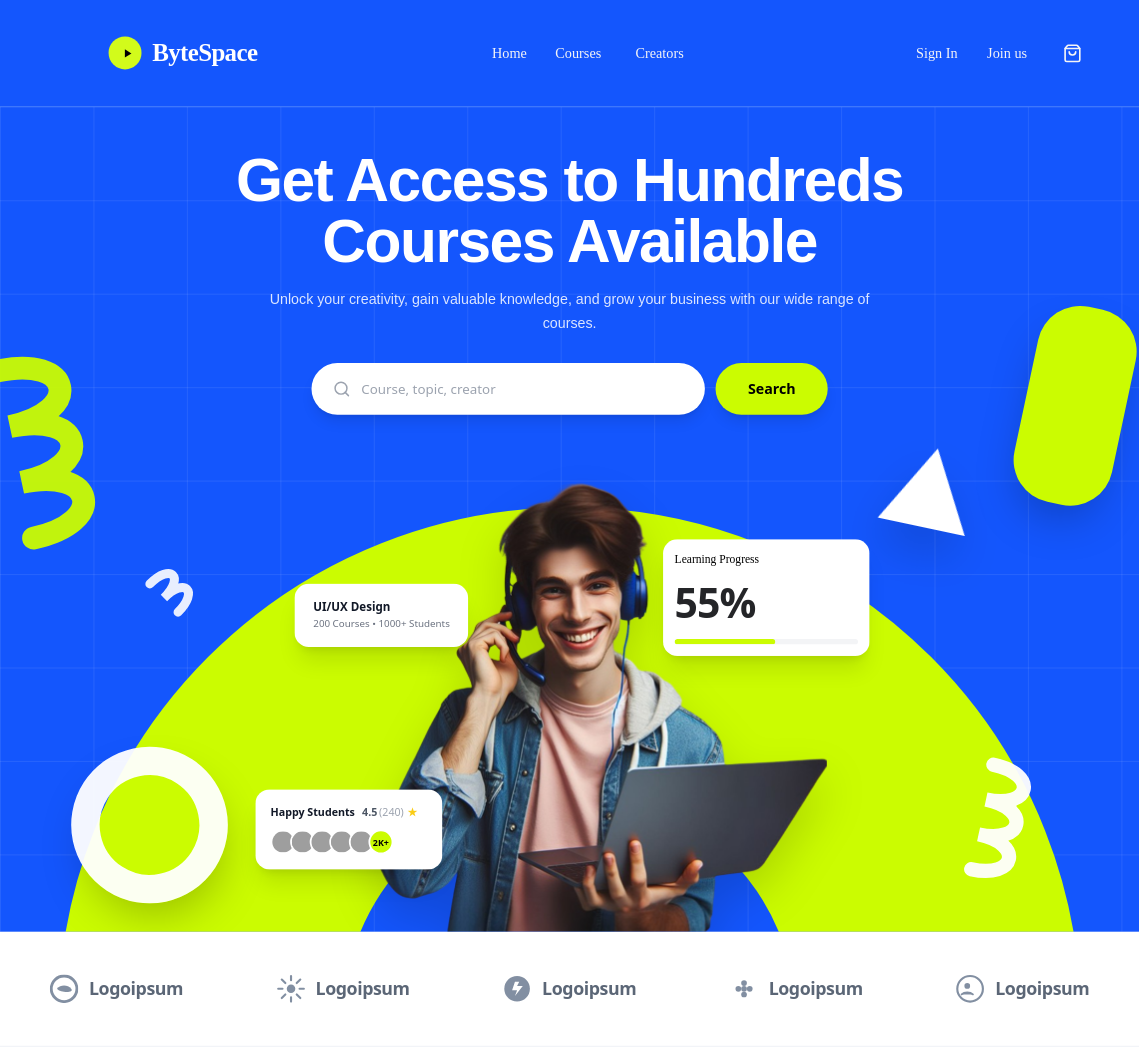
Repository: mdkawsarjomadder/bytespace
Page: /
An editor plug-in stored every save of this project. The page is shown before and after the next save, followed by the edit.
The browser window is 1280 px wide. The pictures show the whole page, at 89% of full size.
Pictures or frames that could not be fetched are drawn as grey boxes. Some web fonts or font styles are not loaded; a fallback is used. The project was rebuilt for these pictures with package versions that can differ from the ones it lists, and the page was loaded fresh each time. Also part of the build but not shown: vite.config.js.

Above is the page before, as saved 2026-09-29 19:10:44.

### index.html
<!doctype html>
<html lang="en">
  <head>
    <meta charset="UTF-8" />
    <link rel="icon" type="image/svg+xml" href="/favicon.svg" />
    <meta name="viewport" content="width=device-width, initial-scale=1.0" />
    <title>bytespace</title>
  </head>
  <body>
    <div id="root"></div>
    <script type="module" src="/src/main.jsx"></script>
    <link href="https://api.fontshare.com/v2/css?f[]=satoshi@400,500,700&display=swap" rel="stylesheet">
  </body>
</html>

### src/App.jsx
import React from 'react';
import Navbar from './components/Navbar';
import Hero from './components/Hero';

function App() {
  return (
    <div className="min-h-screen bg-gray-50 font-sans">
      <Navbar />
      <Hero />
    </div>
  );
}

export default App;

### src/components/Navbar.jsx
import React from 'react';
import { ShoppingBag } from 'lucide-react';

const Navbar = () => {
  return (
    <header className="w-full h-[120px] bg-[#1456fd] border-b border-blue-400/20 pl-[122px] pr-16 flex items-center justify-between relative z-50">
      {/* 1. Brand Logo (Figma Specs: 171px x 37px) */}
      <div
        className="w-[171px] h-[37px] flex items-center gap-3 cursor-pointer select-none"
        style={{ opacity: 1 }}
      >
        {/* Play Icon Logo */}
        <div className="w-[37px] h-[37px] rounded-full bg-[#d2fb1b] flex items-center justify-center shrink-0">
          <svg
            className="w-4 h-4 text-black fill-current translate-x-0.5"
            viewBox="0 0 24 24"
          >
            <path d="M8 5v14l11-7z" />
          </svg>
        </div>
        {/* Logo Text */}
        <span className="text-[28px] font-bold tracking-tight text-white leading-none font-['Satoshi']">
          ByteSpace
        </span>
      </div>

      {/* 2. Navigation Links */}
      <nav className="hidden md:flex items-center gap-8 font-['Satoshi']">
        <a
          href="#home"
          className="text-[#F5F5F6] text-[16px] leading-[160%] font-normal hover:text-[#d2fb1b] transition-colors"
        >
          Home
        </a>
        <a
          href="#courses"
          className="w-[58px] h-[26px] flex items-center text-[#F5F5F6] text-[16px] leading-[160%] font-normal hover:text-[#d2fb1b] transition-colors"
          style={{ opacity: 1 }}
        >
          Courses
        </a>
        <a
          href="#creators"
          className="text-[#F5F5F6] text-[16px] leading-[160%] font-normal hover:text-[#d2fb1b] transition-colors"
        >
          Creators
        </a>
      </nav>

      {/* 3. Action Buttons & Cart */}
      <div className="flex items-center gap-6 font-['Satoshi']">
        <button
          className="w-[49px] h-[24px] flex items-center justify-center text-[#F5F5F6] text-[16px] leading-[24px] font-normal hover:text-white/80 transition-colors"
          style={{ opacity: 1 }}
        >
          Sign In
        </button>
        <button
          className="h-[24px] px-2 flex items-center justify-center text-[#F5F5F6] text-[16px] leading-[24px] font-normal hover:text-white/80 transition-colors"
          style={{ opacity: 1 }}
        >
          Join us
        </button>
        <button className="text-[#F5F5F6] hover:text-[#d2fb1b] transition-colors flex items-center justify-center ml-2">
          <ShoppingBag size={22} strokeWidth={2} />
        </button>
      </div>
    </header>
  );
};

export default Navbar;

### src/components/Hero.jsx
import React from 'react';
import { Search } from 'lucide-react';
import One1 from '../assets/01.png';

const Hero = () => {
  // 5টি Logoipsum পার্টনার লোগো
  const partners = [
    {
      id: 1,
      name: 'Logoipsum',
      icon: (
        <svg className="w-8 h-8 fill-slate-500" viewBox="0 0 40 40">
          <circle cx="20" cy="20" r="18" fill="none" stroke="currentColor" strokeWidth="4" />
          <path d="M10 20c5-6 15-6 20 0s-15 6-20 0z" fill="currentColor" />
        </svg>
      ),
    },
    {
      id: 2,
      name: 'Logoipsum',
      icon: (
        <svg className="w-8 h-8 fill-slate-500" viewBox="0 0 40 40">
          <circle cx="20" cy="20" r="6" fill="currentColor" />
          <path d="M20 2v6M20 32v6M2 20h6M32 20h6M7 7l5 5M28 28l5 5M7 33l5-5M28 12l5-5" stroke="currentColor" strokeWidth="3" strokeLinecap="round" />
        </svg>
      ),
    },
    {
      id: 3,
      name: 'Logoipsum',
      icon: (
        <svg className="w-8 h-8 fill-slate-500" viewBox="0 0 40 40">
          <circle cx="20" cy="20" r="18" fill="currentColor" />
          <path d="M17 10l-4 12h7l-3 8 11-14h-8l3-6z" fill="#FFFFFF" />
        </svg>
      ),
    },
    {
      id: 4,
      name: 'Logoipsum',
      icon: (
        <svg className="w-8 h-8 fill-slate-500" viewBox="0 0 40 40">
          <circle cx="20" cy="12" r="4" fill="currentColor" />
          <circle cx="20" cy="28" r="4" fill="currentColor" />
          <circle cx="12" cy="20" r="4" fill="currentColor" />
          <circle cx="28" cy="20" r="4" fill="currentColor" />
          <circle cx="20" cy="20" r="4" fill="currentColor" />
        </svg>
      ),
    },
    {
      id: 5,
      name: 'Logoipsum',
      icon: (
        <svg className="w-8 h-8 fill-slate-500" viewBox="0 0 40 40">
          <circle cx="20" cy="20" r="18" fill="none" stroke="currentColor" strokeWidth="3" />
          <circle cx="16" cy="16" r="4" fill="currentColor" />
          <path d="M8 28c4-4 12-4 16 0" stroke="currentColor" strokeWidth="2.5" strokeLinecap="round" />
        </svg>
      ),
    },
  ];

  return (
    <div className="w-full flex flex-col items-center">
      {/* ================= HERO BLUE SECTION ================= */}
      <section className="relative w-full bg-[#1456fd] overflow-hidden pt-12 pb-0 text-white flex flex-col items-center">
        {/* 1. Background Grid Pattern */}
        <div className="absolute inset-0 bg-[linear-gradient(to_right,#ffffff15_1px,transparent_1px),linear-gradient(to_bottom,#ffffff15_1px,transparent_1px)] bg-[size:105px_105px] pointer-events-none" />

        {/* 2. Ellipse 7 Background Ring */}
        <div
          className="absolute rounded-full pointer-events-none z-0"
          style={{
            width: '1149px',
            height: '1149px',
            top: '450px',
            left: '50%',
            transform: 'translateX(-50%)',
            border: '320px solid #CBFC01',
            boxSizing: 'border-box',
          }}
        />

        {/* 3. 3D Abstract Elements */}
        {/* Left Lime Spring */}
        <div className="absolute left-[-15px] top-64 w-32 h-64 pointer-events-none hidden xl:block -rotate-12 opacity-95">
          <svg viewBox="0 0 120 240" fill="none" className="w-full h-full stroke-[#CBFC01]" strokeWidth="24" strokeLinecap="round">
            <path d="M 30 30 C 110 30, 110 90, 30 90 C 110 90, 110 150, 30 150 C 110 150, 110 210, 30 210" />
          </svg>
        </div>

        {/* Left Small White Spring */}
        <div className="absolute left-44 top-[500px] w-14 h-24 pointer-events-none hidden xl:block -rotate-45 opacity-90">
          <svg viewBox="0 0 100 160" fill="none" className="w-full h-full stroke-white" strokeWidth="18" strokeLinecap="round">
            <path d="M 20 20 C 80 20, 80 60, 20 60 C 80 60, 80 100, 20 100" />
          </svg>
        </div>

        {/* Left 3D Donut */}
        <div className="absolute left-20 bottom-8 w-44 h-44 rounded-full border-[32px] border-white/95 shadow-2xl pointer-events-none hidden xl:block -rotate-12" />

        {/* Right Lime Cylinder */}
        <div className="absolute right-4 top-56 w-28 h-56 bg-[#CBFC01] rounded-[48px] shadow-2xl pointer-events-none hidden xl:block rotate-12" />

        {/* Right White Pyramid */}
        <div className="absolute right-44 top-96 w-28 h-28 pointer-events-none hidden xl:block rotate-12 drop-shadow-2xl">
          <div className="w-0 h-0 border-l-[50px] border-l-transparent border-r-[50px] border-r-transparent border-b-[90px] border-b-white" />
        </div>

        {/* Right White Spring */}
        <div className="absolute right-28 bottom-12 w-20 h-40 pointer-events-none hidden xl:block rotate-12 opacity-95">
          <svg viewBox="0 0 100 180" fill="none" className="w-full h-full stroke-white" strokeWidth="20" strokeLinecap="round">
            <path d="M 20 20 C 85 20, 85 70, 20 70 C 85 70, 85 120, 20 120 C 85 120, 85 170, 20 170" />
          </svg>
        </div>

        {/* 4. Top Header & Search Area */}
        <div className="relative z-10 w-full max-w-[1200px] mx-auto px-4 flex flex-col items-center text-center">
          <h1 className="text-4xl sm:text-5xl md:text-[68px] font-bold tracking-tight text-white leading-[1.1] max-w-[980px] font-['Satoshi',sans-serif]">
            Get Access to Hundreds <br /> Courses Available
          </h1>

          <p className="mt-5 text-sm md:text-[16px] text-white/85 max-w-[700px] font-normal leading-relaxed font-['Satoshi',sans-serif]">
            Unlock your creativity, gain valuable knowledge, and grow your business with our wide range of courses.
          </p>

          <div className="mt-8 flex items-center justify-center gap-3 w-full max-w-[580px]">
            <div className="flex-1 bg-white rounded-full h-[58px] px-6 flex items-center gap-3 shadow-lg">
              <Search className="w-5 h-5 text-gray-400 shrink-0" />
              <input
                type="text"
                placeholder="Course, topic, creator"
                className="w-full bg-transparent text-gray-800 placeholder-gray-400 focus:outline-none text-[15px] font-medium"
              />
            </div>
            <button className="h-[58px] px-9 bg-[#CBFC01] hover:bg-[#b8e500] text-black font-semibold text-[16px] rounded-full shadow-lg transition-transform active:scale-95 shrink-0 cursor-pointer">
              Search
            </button>
          </div>
        </div>

        {/* 5. Hero Visual Area (Sitting flat at bottom edge) */}
        <div className="relative w-full max-w-[578px] h-[541px] flex justify-center items-end z-10 mt-10">
          <img
            src={One1}
            alt="Student Learning"
            className="w-[578px] h-[541px] object-contain block align-bottom select-none pointer-events-none drop-shadow-2xl"
          />

          {/* Floating Card: UI/UX Design */}
          <div className="absolute -left-5 top-[150px] z-30 bg-white text-black p-4 px-5 rounded-[16px] shadow-xl border border-white/50">
            <span className="text-[13px] font-bold text-gray-900 block leading-tight">UI/UX Design</span>
            <span className="text-[11px] text-gray-500 font-medium mt-1 block">200 Courses • 1000+ Students</span>
          </div>

          {/* Floating Card: Learning Progress (232x131px) */}
          <div
            className="absolute -right-12 top-[100px] z-20 bg-white text-black rounded-[16px] shadow-xl border border-white/40 flex flex-col justify-between"
            style={{
              width: '232px',
              height: '131px',
              padding: '12px',
              gap: '8px',
            }}
          >
            <span className="font-['Satoshi'] font-medium text-[13px]  block">
              Learning Progress
            </span>
            <span className="font-semibold text-[46px] leading-none tracking-tight text-[#242528] flex items-center">
              55%
            </span>
            <div className="w-full bg-gray-100 h-1.5 rounded-full overflow-hidden mt-1">
              <div className="bg-[#CBFC01] h-full w-[55%] rounded-full" />
            </div>
          </div>

          {/* Floating Card: Happy Students */}
          <div className="absolute -left-16 bottom-[70px] z-20 bg-white text-black p-4 rounded-[16px] shadow-xl border border-white/40 min-w-[210px]">
            <div className="flex items-center gap-2 mb-2.5">
              <span className="text-[12px] font-bold text-gray-900">Happy Students</span>
              <span className="text-[12px] font-semibold text-gray-600 flex items-center gap-0.5">
                4.5 <span className="text-gray-400 font-normal">(240)</span>
                <span className="text-yellow-400 text-xs ml-0.5">★</span>
              </span>
            </div>
            <div className="flex items-center -space-x-1.5">
              <img className="w-7 h-7 rounded-full border-2 border-white object-cover" src="https://images.unsplash.com/photo-1534528741775-53994a69daeb?auto=format&fit=crop&w=64&q=80" alt="avatar" />
              <img className="w-7 h-7 rounded-full border-2 border-white object-cover" src="https://images.unsplash.com/photo-1507003211169-0a1dd7228f2d?auto=format&fit=crop&w=64&q=80" alt="avatar" />
              <img className="w-7 h-7 rounded-full border-2 border-white object-cover" src="https://images.unsplash.com/photo-1494790108377-be9c29b29330?auto=format&fit=crop&w=64&q=80" alt="avatar" />
              <img className="w-7 h-7 rounded-full border-2 border-white object-cover" src="https://images.unsplash.com/photo-1500648767791-00dcc994a43e?auto=format&fit=crop&w=64&q=80" alt="avatar" />
              <img className="w-7 h-7 rounded-full border-2 border-white object-cover" src="https://images.unsplash.com/photo-1522075469751-3a6694fb2f61?auto=format&fit=crop&w=64&q=80" alt="avatar" />
              <div className="w-7 h-7 rounded-full bg-[#CBFC01] border-2 border-white flex items-center justify-center text-[10px] font-bold text-black shrink-0">
                2K+
              </div>
            </div>
          </div>
        </div>
      </section>

      {/* ================= PARTNER LOGOS SECTION ================= */}
      <section className="relative z-20 w-full bg-white py-12 border-b border-gray-100">
        <div className="max-w-[1200px] mx-auto px-4">
          <div className="flex flex-wrap items-center justify-between gap-8 md:gap-12 opacity-80 hover:opacity-100 transition-opacity">
            {partners.map((partner) => (
              <div key={partner.id} className="flex items-center gap-3 text-slate-700 select-none">
                <span className="text-slate-500 shrink-0">{partner.icon}</span>
                <span className="text-[20px] font-bold tracking-tight text-slate-700">
                  {partner.name}
                </span>
              </div>
            ))}
          </div>
        </div>
      </section>
    </div>
  );
};

export default Hero;

Loaded but not shown: src/main.jsx (common file); src/index.css (common file); tailwind.config.js (common file)

After the next save:
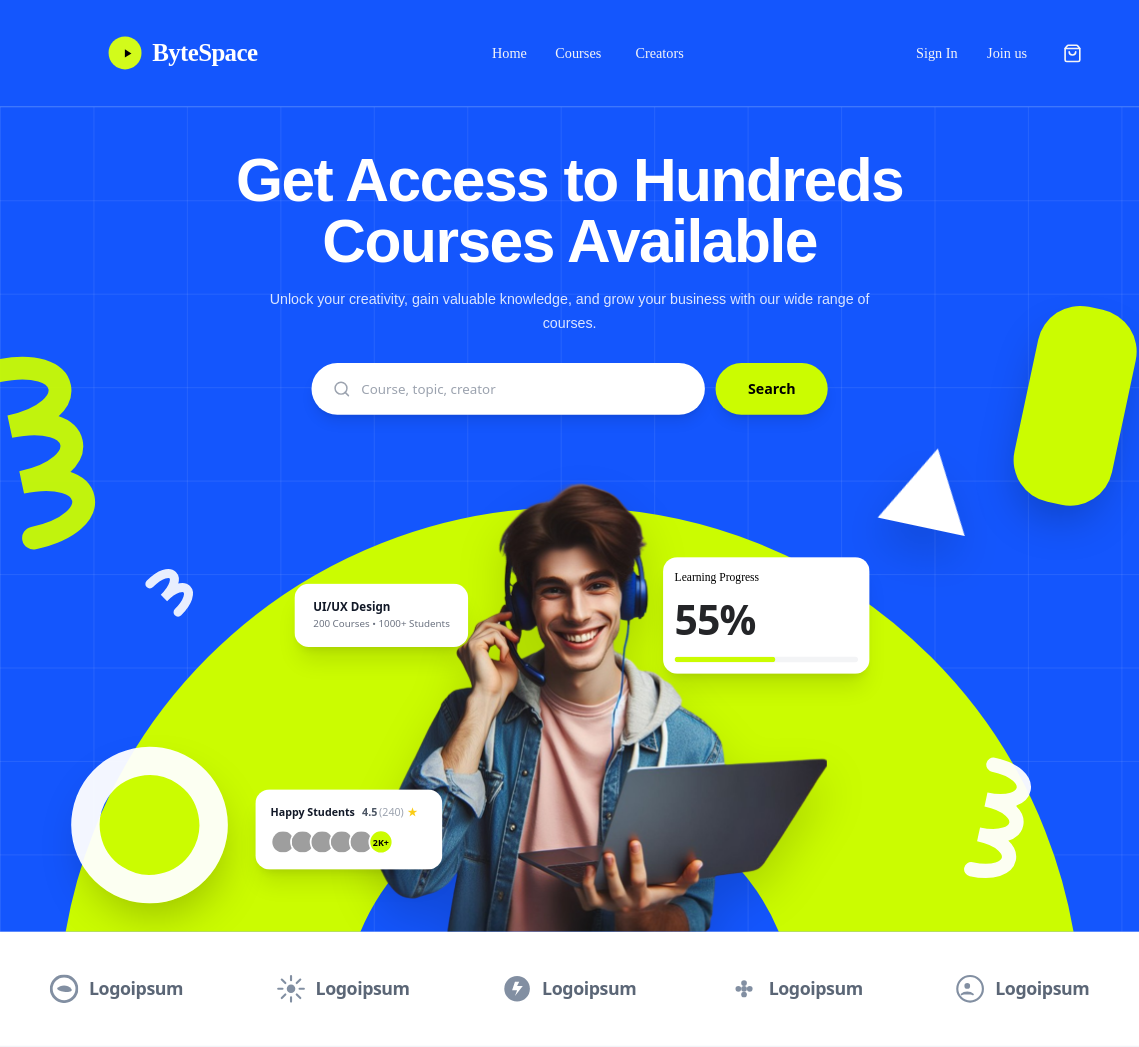
Saved 8 s later.
--- a/src/components/Hero.jsx
+++ b/src/components/Hero.jsx
@@ -156,7 +156,7 @@ const Hero = () => {
 
           {/* Floating Card: Learning Progress (232x131px) */}
           <div
-            className="absolute -right-12 top-[100px] z-20 bg-white text-black rounded-[16px] shadow-xl border border-white/40 flex flex-col justify-between"
+            className="absolute -right-12 top-[120px] z-20 bg-white text-black rounded-[16px] shadow-xl border border-white/40 flex flex-col justify-between"
             style={{
               width: '232px',
               height: '131px',
